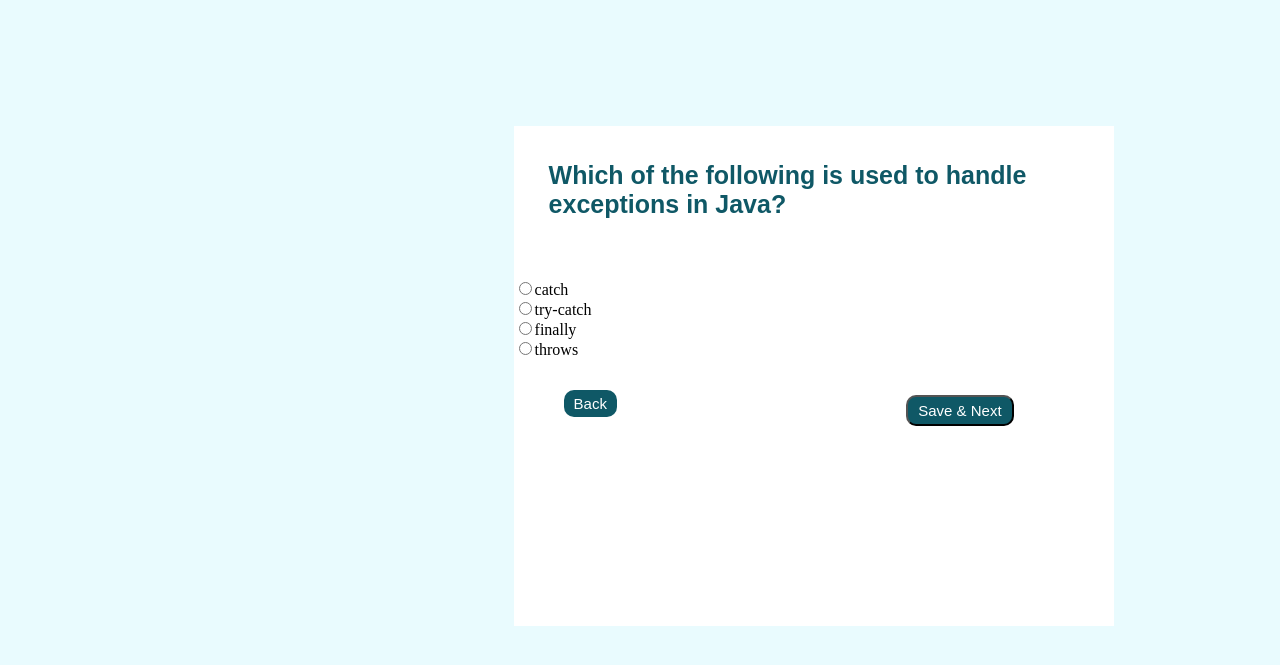
Repository: Rupali-8062Chourasiya5279/Internship_Task_Rupali
Page: Programming Language/quiz/QuizApp/src/main/webapp/First.html
These files come from the project's save history. The page is drawn as it stood at one moment and after the next save; the edit follows.
The browser window is 1280 px wide. The pictures show the whole page.

Above is the page before, as saved 2025-01-24 13:43:08.

After the next save:
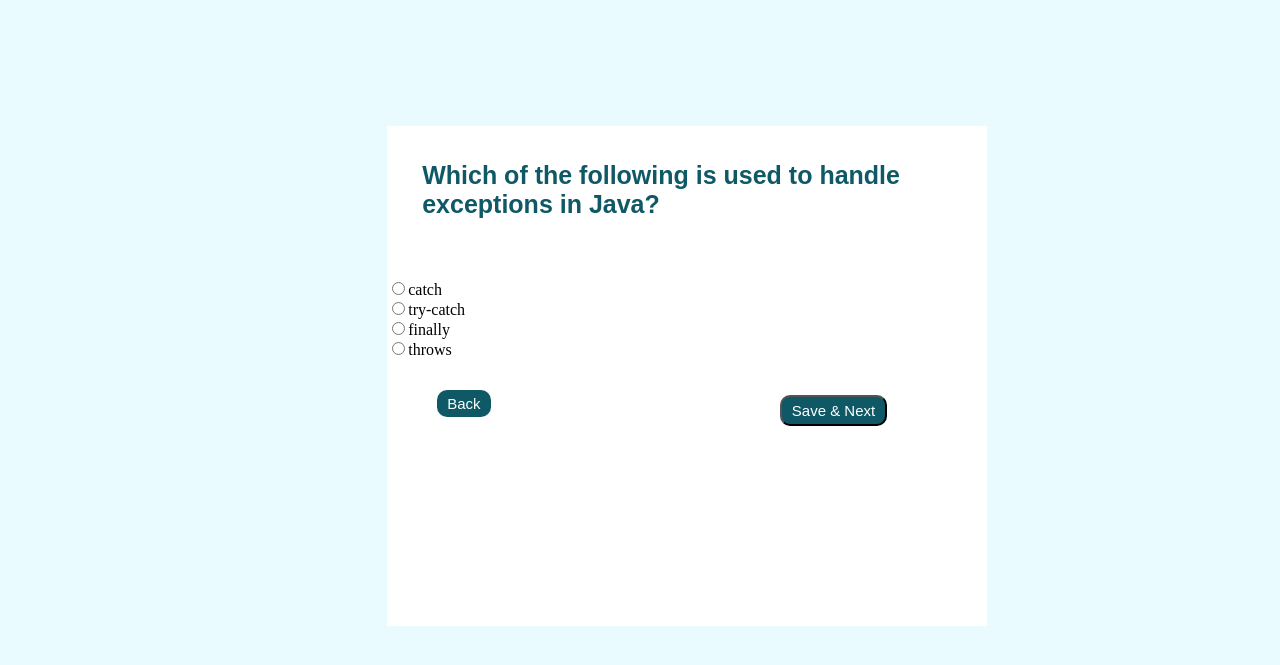
Saved 19 s later.
--- a/Programming Language/quiz/QuizApp/src/main/webapp/First.html
+++ b/Programming Language/quiz/QuizApp/src/main/webapp/First.html
@@ -13,7 +13,7 @@ background-color: #7ce0f4;
 background-color: white;
 height :500px ;
 width : 600px;
-margin-left: 40%;
+margin-left: 30%;
 margin-top: 10%;
 }
  h3
